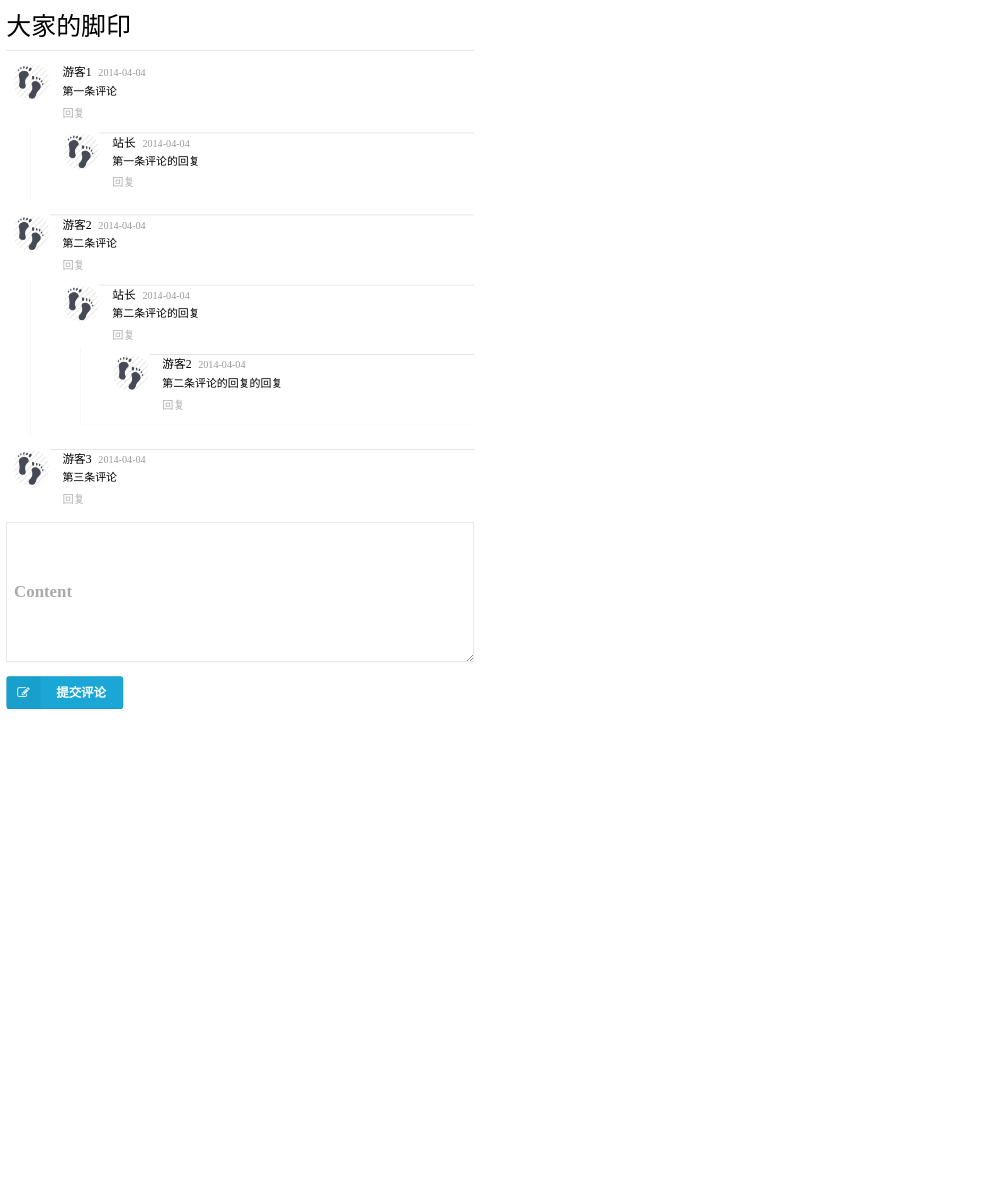
Repository: xubaifu/myworld
Page: myworld/WebContent/baifu/common/comment/index.html
The author's editor kept a copy of each file at every save. The page is drawn from the files as they stood at one save, then again after the next save.
The browser window is 1280 px wide. The pictures show the whole page, at 78% of full size.

Above is the page before, as saved 2016-08-28 02:41:18.

After the next save:
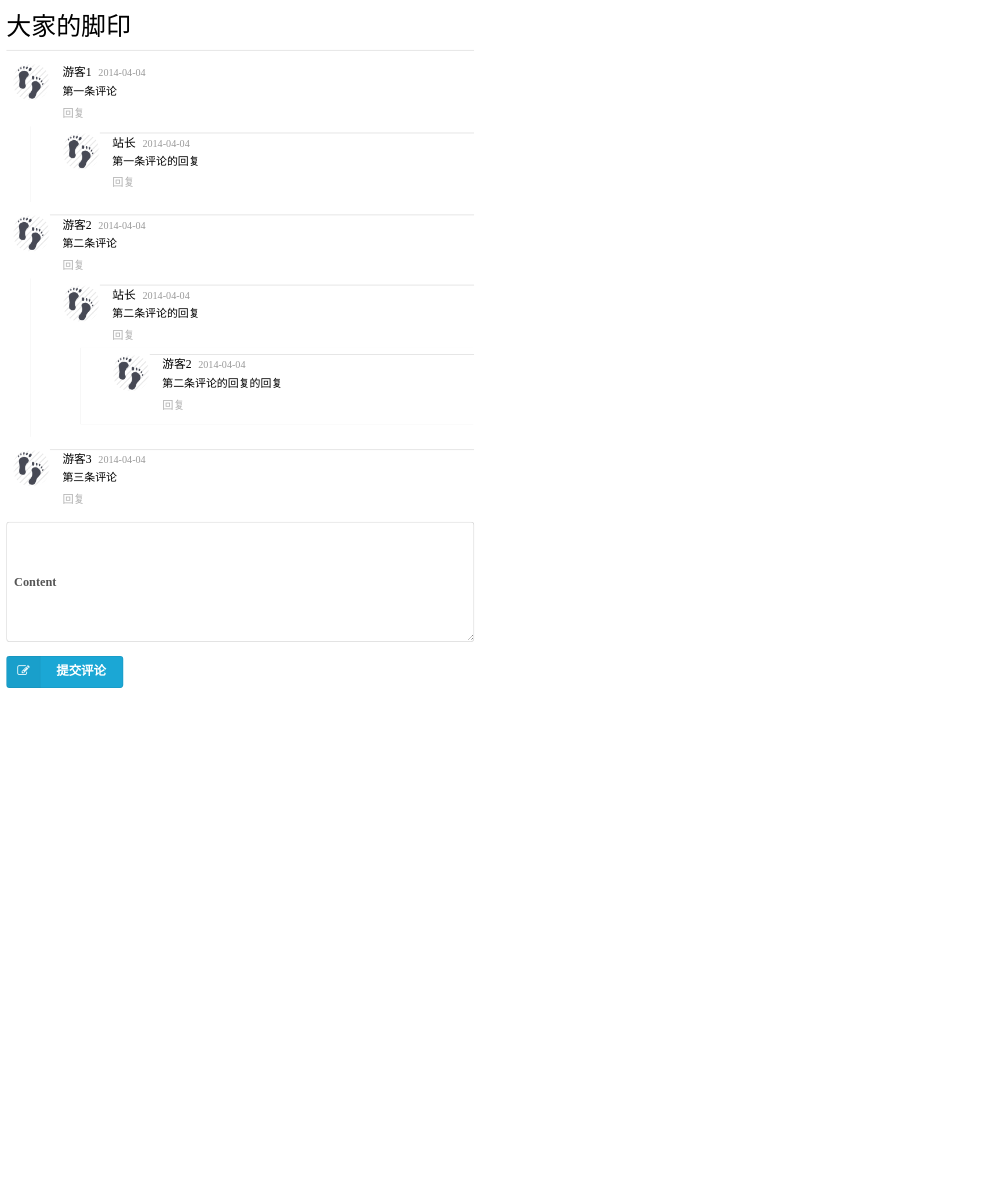
Saved 3 min 10 s later.
--- a/myworld/WebContent/baifu/common/comment/css/zyComment.css
+++ b/myworld/WebContent/baifu/common/comment/css/zyComment.css
@@ -1,6 +1,6 @@
 @CHARSET "UTF-8";
 
-*, *:before, *:after {
+/* *, *:before, *:after {
     box-sizing: border-box;
 }
 
@@ -164,7 +164,7 @@ textarea + label,.areadefault{
 .topStyle{
 	border-top: 1px solid #dfdfdf;
 }
-
+  */
 
 
 
